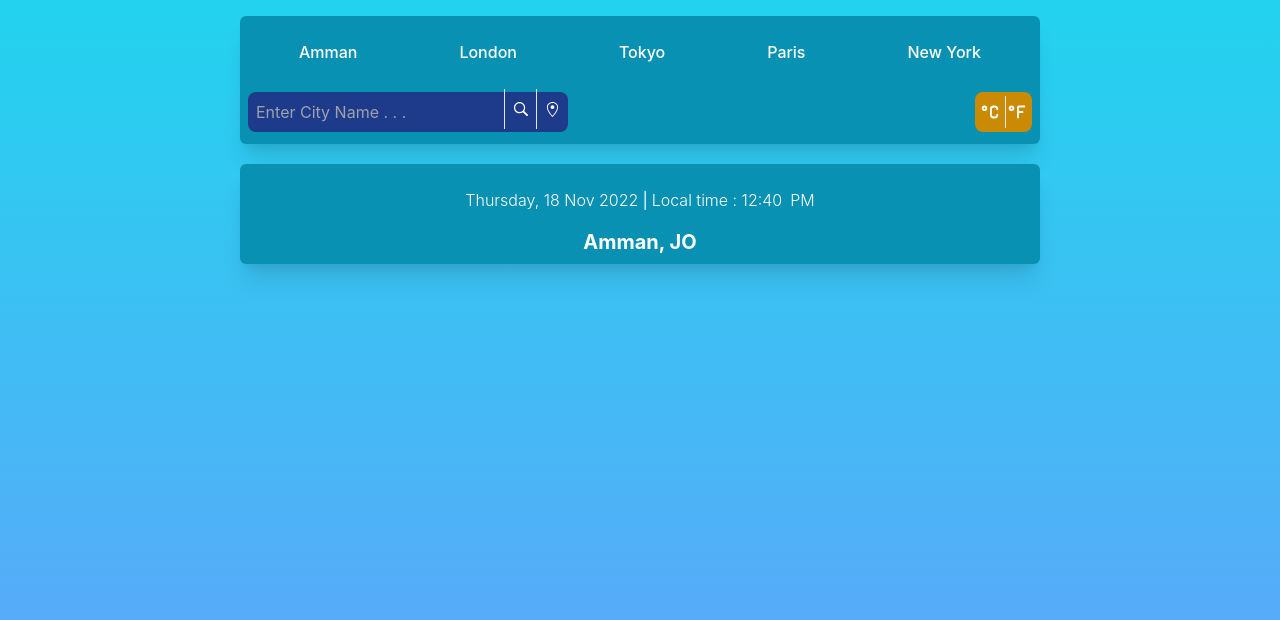
Repository: SaadYasin/next-js-forecast-tailwind
Page: /
These files come from the project's save history. The page is drawn as it stood at one moment and after the next save; the edit follows.
The browser window is 1280 px wide. The pictures show the whole page.
The project was rebuilt for these pictures with package versions that can differ from the ones it lists, and the page was loaded fresh each time. The framework's server and built-in components were replaced by stand-ins that run in the browser.

Above is the page before, as saved 2022-11-18 21:58:14.

After the next save:
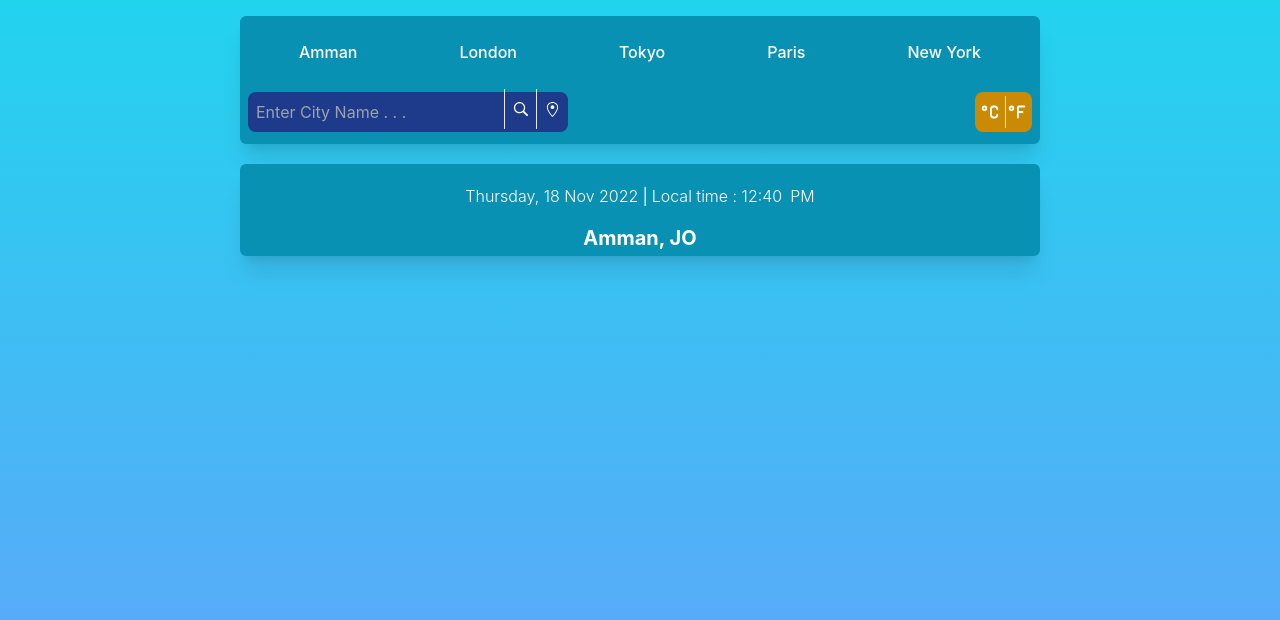
Saved 45 s later.
--- a/components/MainCard.js
+++ b/components/MainCard.js
@@ -6,7 +6,7 @@ const MainCard = () => {
   return (
     <div className="flex flex-col items-center">
 
-    <div className="text-white w-[23rem] md:w-3/4 lg:w-[50rem] bg-cyan-600 h-max-content p-2 mt-8 rounded-md shadow-xl">
+    <div className="text-white w-[23rem] md:w-3/4 lg:w-[50rem] bg-cyan-600 h-max-content p-1 mt-8 rounded-md shadow-xl">
       <TimeAndDate />
       <Location />
 
